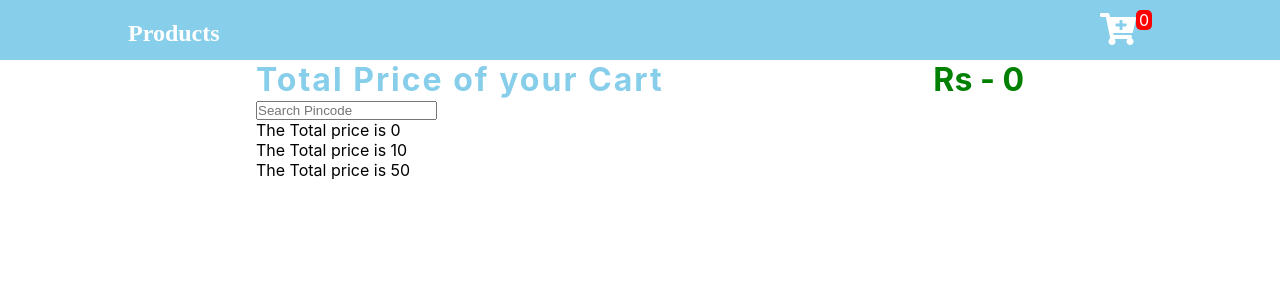
Repository: Imprasna/react-ecommerce
Page: /, after clicking the first element matching `div.cart`
An editor plug-in stored every save of this project. The page is shown before and after a run of saves, followed by the edit.
The browser window is 1280 px wide. The pictures show the whole page.
Some web libraries are served in a nearby version. The project was rebuilt for these pictures with package versions that can differ from the ones it lists, and the page was loaded fresh each time.

Above is the page before, as saved 2022-06-14 21:22:53.

After the next 7 saves:
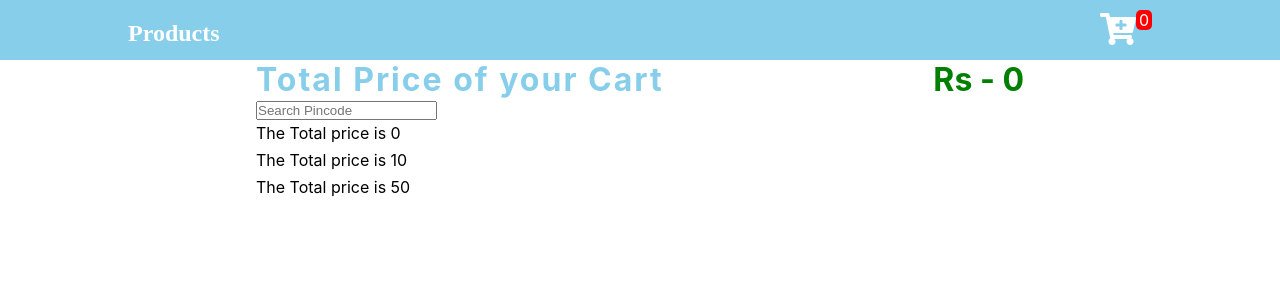
The 7 saves are shown as one change because they came seconds apart.
The last was saved 21 s later.
--- a/src/components/css/cart.css
+++ b/src/components/css/cart.css
@@ -75,3 +75,8 @@
     color: green;
     font-weight: bold;
   }
+
+  .finalamount {
+    font-size: 1rem;
+    line-height: 1.7;
+  }
